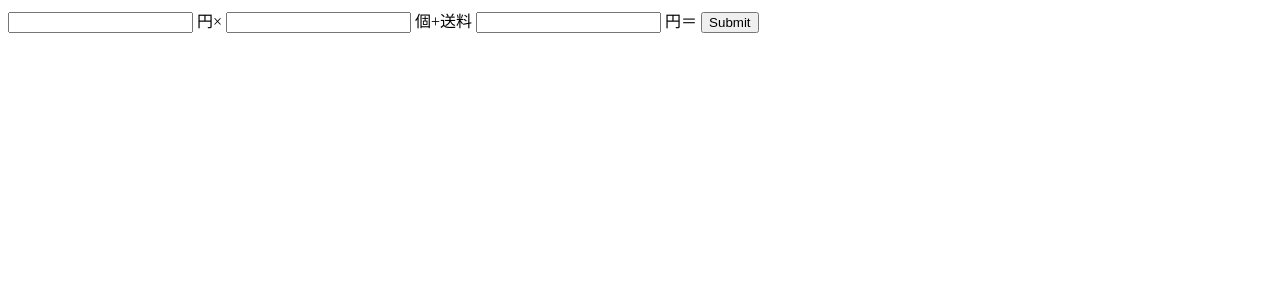
Repository: yusuke413/work-test
Page: http://localhost/HelloJSP/
An editor plug-in stored every save of this project. The page is shown before and after the next save, followed by the edit.
The browser window is 1280 px wide. The pictures show the whole page.
The page is served by Tomcat 9.

Above is the page before, as saved 2018-11-24 07:50:08.

After the next save:
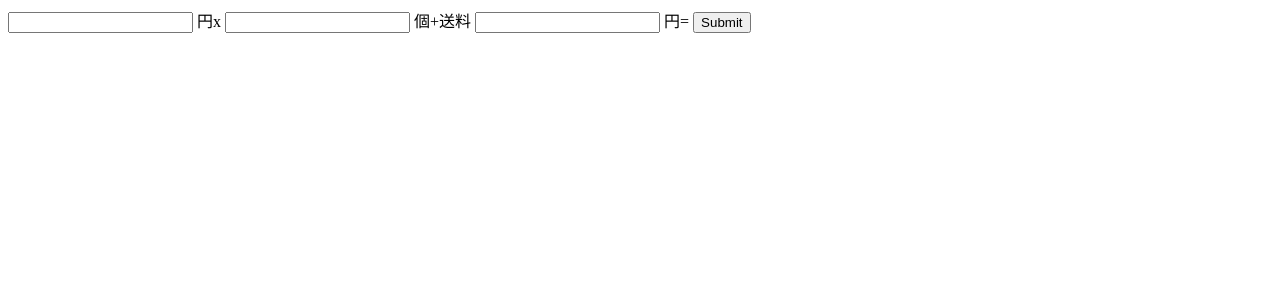
Saved 86 s later.
--- a/HelloJSP/WebContent/index.jsp
+++ b/HelloJSP/WebContent/index.jsp
@@ -65,19 +65,19 @@ charset=UTF-8" pageEncoding="UTF-8"%>
 
         <form method = "post" action = "total-out.jsp">
 
-        <input type = "text" name = "price">
+            <input type = "text" name = "price">
 
-        円×
+            円x
 
-        <input type = "text" name = "count">
+            <input type = "text" name = "count">
 
-        個+送料
+            個+送料
 
-        <input type = "text" name = "delivery">
+            <input type = "text" name = "delivery">
 
-        円＝
+            円=
 
-        <input type = "submit" name = "計算">
+            <input type = "submit" name = "計算">
 
         </form>
 
